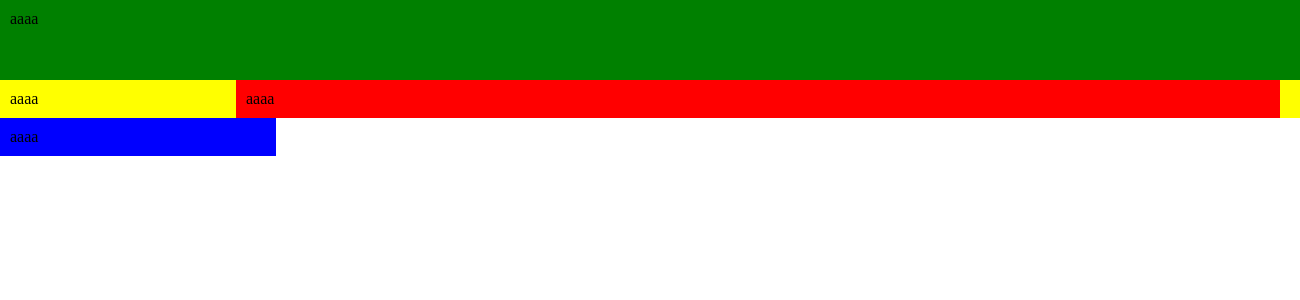
Repository: pleanoma/TooDoo
Page: http://localhost/TooDoo/Home.jsp
An editor plug-in stored every save of this project. The page is shown before and after the next save, followed by the edit.
The browser window is 1280 px wide. The page is 1300 px wide, so the pictures cover 1300 px, including what lies to the right of the window. The pictures show the whole page.
The page is served by Tomcat 9.

Above is the page before, as saved 2013-11-27 07:50:38.

After the next save:
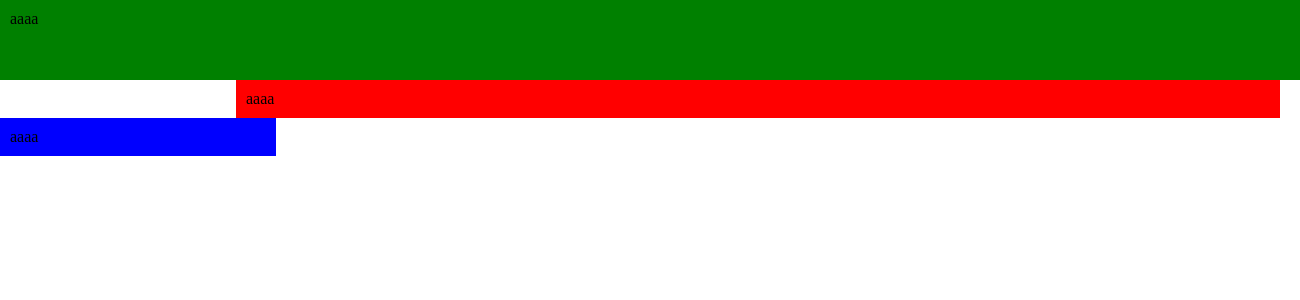
Saved 20 s later.
--- a/TooDoo/WebContent/Home.jsp
+++ b/TooDoo/WebContent/Home.jsp
@@ -21,8 +21,5 @@
 		aaaa
 		</div>
 	</div>
-	<div id="footer">
-		aaaa
-	</div>
 </body>
 </html>
